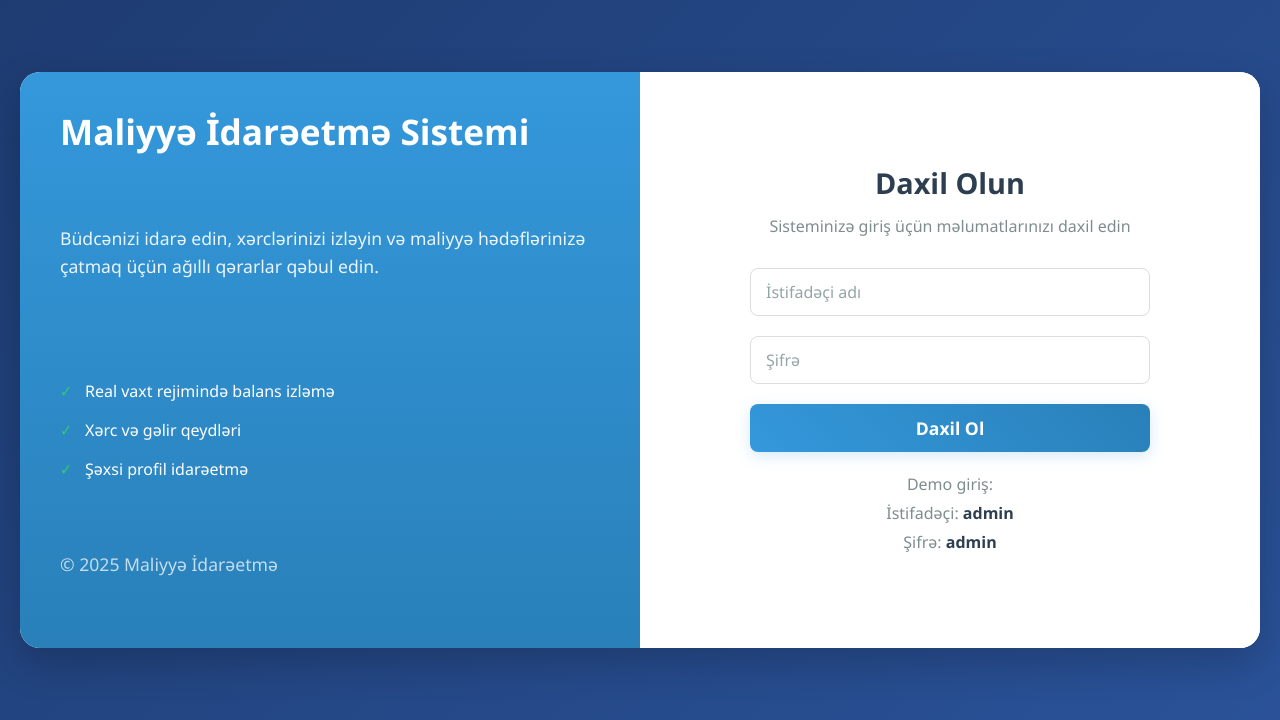
Repository: ferhadsultan98/financialmanagement
Page: /login
An editor plug-in stored every save of this project. The page is shown before and after the next save, followed by the edit.
The browser window is 1280 px wide. The pictures show the whole page.
The project was rebuilt for these pictures with package versions that can differ from the ones it lists, and the page was loaded fresh each time. Also part of the build but not shown: vite.config.js, src/Styles/Sidebar.scss, src/Components/Sidebar/Navbar.jsx, src/Components/Sidebar/ProfileModal.jsx, src/Components/Sidebar/Sidebar.jsx, src/Components/Layout/MainLayout.jsx, src/Pages/Home/Home.jsx, src/Pages/AddExpense/AddExpense.jsx and 2 more.

Above is the page before, as saved 2025-03-24 00:00:41.

After the next save:
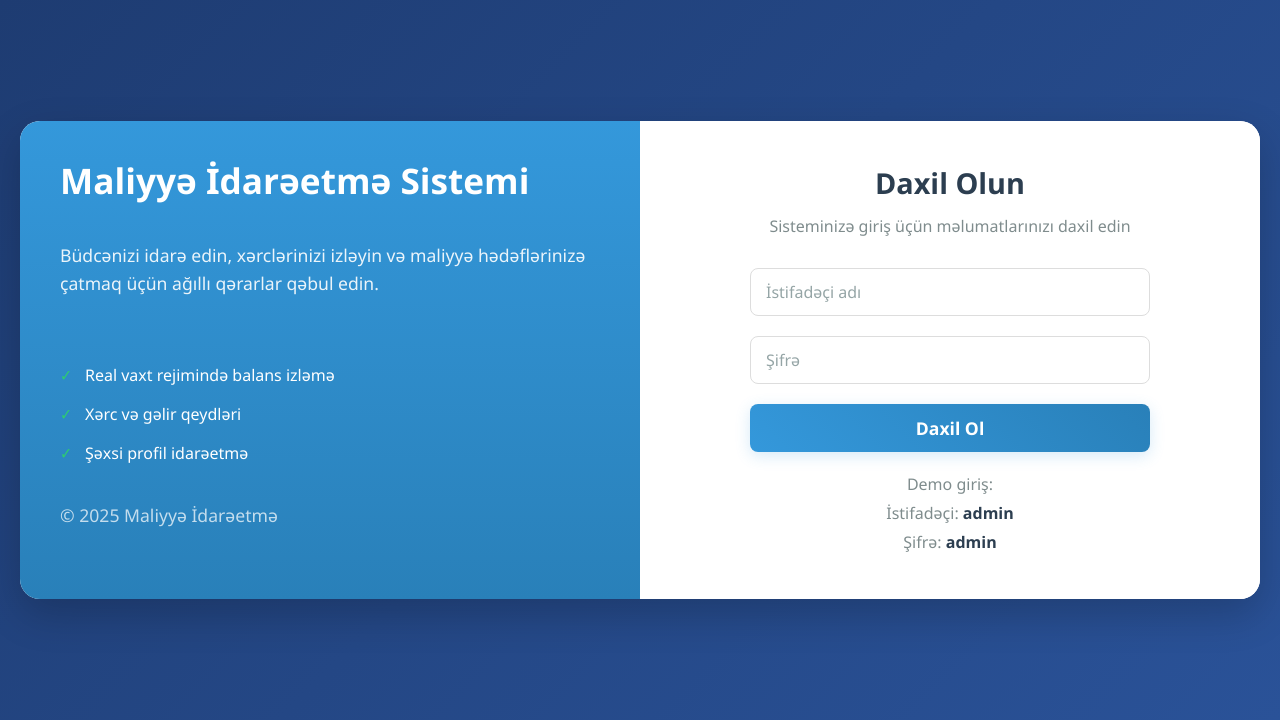
Saved 5 s later.
--- a/src/Components/Login/Login.scss
+++ b/src/Components/Login/Login.scss
@@ -11,8 +11,6 @@
 .login-wrapper {
   display: flex;
   width: 100%;
-
-  height: 80vh;
   background: white;
   border-radius: 20px;
   overflow: hidden;
